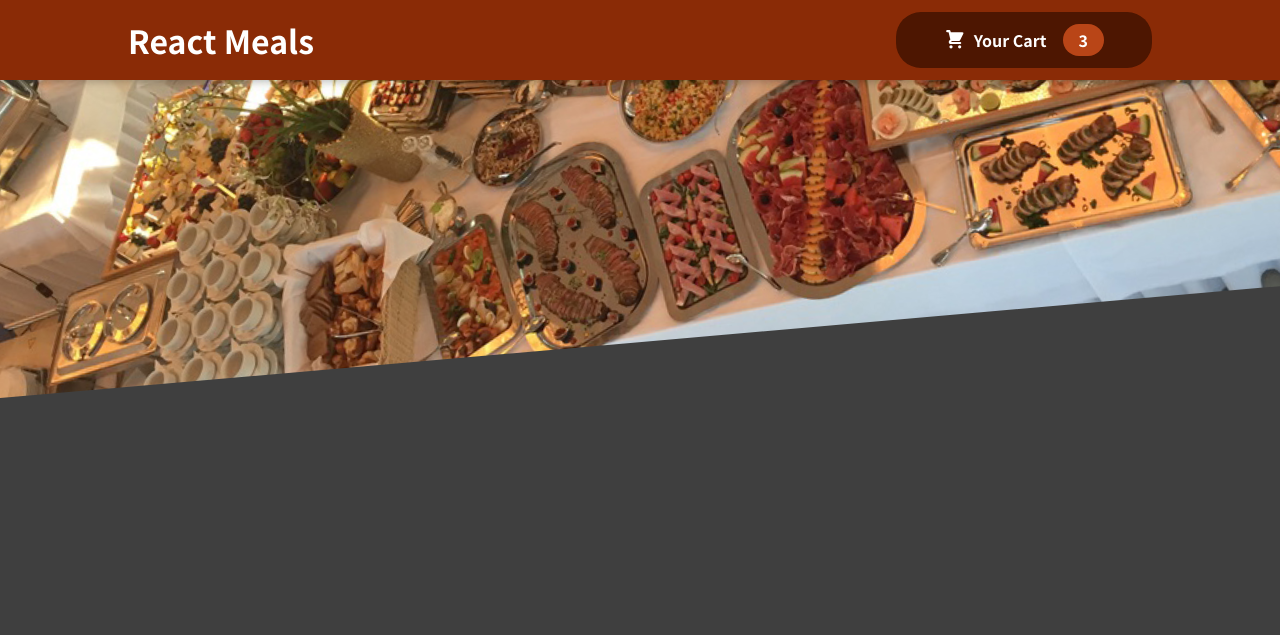
Repository: prathmeshgodbole/React-Food-Delivery-Part-1
Page: /
The author's editor kept a copy of each file at every save. The page is drawn from the files as they stood at one save, then again after a run of saves.
The browser window is 1280 px wide. The pictures show the whole page.
The project was rebuilt for these pictures with package versions that can differ from the ones it lists, and the page was loaded fresh each time.

Above is the page before, as saved 2021-07-13 16:08:24.

### src/App.js
import React,{ Fragment } from "react";
import Header from './components/Layout/Header';
import Meals from "./components/Meals/Meals";

function App() {
    return ( <Fragment>
      <Header/>
      <main>

      </main>
    </Fragment>
    );
}

export default App;

### src/components/Layout/Header.js
import React,{Fragment} from 'react';
import HeaderCartButton from './HeaderCartButton';
import classes from './Header.module.css';
import mealsImage from '../../assets/meals.jpg';

const Header = (props) => {
    return (<Fragment>
    <header className={classes.header}>
    <h1>React Meals</h1>
    <HeaderCartButton/>
    </header>
    <div className={classes['main-image']}>
    <img src={mealsImage} alt='A table full of delicious food..!!'/>
    </div>
</Fragment>
);

};

export default Header;

### src/components/Layout/HeaderCartButton.js
import React from 'react';
import CartIcon from '../Cart/CartIcon';
import classes from './HeaderCartButton.module.css';
const HeaderCartButton = (props) => {
        return (
            <button className={classes.button}>
        <span className={classes.icon}><CartIcon/></span>
            <span clasName={classes}>Your Cart</span>
            <span className={classes.badge}>3</span>
            </button>);
        };
        export default HeaderCartButton;

### src/components/Layout/HeaderCartButton.module.css
.button {
    cursor: pointer;
    font: inherit;
    border: none;
    background-color: #4d1601;
    color: white;
    padding: 0.75rem 3rem;
    display: flex;
    justify-content: space-around;
    align-items: center;
    border-radius: 25px;
    font-weight: bold;
}

.button:hover,
.button:active {
    background-color: #2c0d00;
}

.icon {
    width: 1.35rem;
    height: 1.35rem;
    margin-right: 0.5rem;
}

.badge {
    background-color: #b94517;
    padding: 0.25rem 1rem;
    border-radius: 25px;
    margin-left: 1rem;
    font-weight: bold;
}

.button:hover .badge,
.button:active .badge {
    background-color: #92320c;
}

.bump {
    animation: bump 300ms ease-out;
}

@keyframes bump {
    0% {
        transform: scale(1);
    }
    10% {
        transform: scale(0.9);
    }
    30% {
        transform: scale(1.1);
    }
    50% {
        transform: scale(1.15);
    }
    100% {
        transform: scale(1);
    }
}

### src/components/Meals/AvailableMeals.js
import classes from './AvailableMeals.module.css';

const DUMMY_MEALS = [
  {
    id: "m1",
    name: "Sushi",
    description: "Finest fish and veggies",
    price: 22.99,
  },
  {
    id: "m2",
    name: "Schnitzel",
    description: "A german specialty!",
    price: 16.5,
  },
  {
    id: "m3",
    name: "Barbecue Burger",
    description: "American, raw, meaty",
    price: 12.99,
  },
  {
    id: "m4",
    name: "Green Bowl",
    description: "Healthy...and green...",
    price: 18.99,
  },
];
const AvailableMeals = () => {
  const mealsList = DUMMY_MEALS.map(meal=><li>{meal.name}</li>);
  return (
    <section className={classes.meals}>
      <ul>{mealsList}</ul>
    </section>
  );
};

export default AvailableMeals;

### src/components/Meals/AvailableMeals.module.css
.meals {
    max-width: 60rem;
    width: 90%;
    margin: 2rem auto;
    animation: meals-appear 1s ease-out forwards;
}

.meals ul {
    list-style: none;
    margin: 0;
    padding: 0;
}

@keyframes meals-appear {
    from {
        opacity: 0;
        transform: translateY(3rem);
    }
    to {
        opacity: 1;
        transform: translateY(0);
    }
}

Loaded but not shown: public/index.html (common file); src/index.js (common file); src/index.css (common file); src/components/Layout/Header.module.css (common file); src/components/Cart/CartIcon.js (common file); src/components/Meals/Meals.js (common file); src/components/Meals/MealsSummary.js (common file); src/components/Meals/MealsSummary.module.css (common file)

After the next 3 saves:
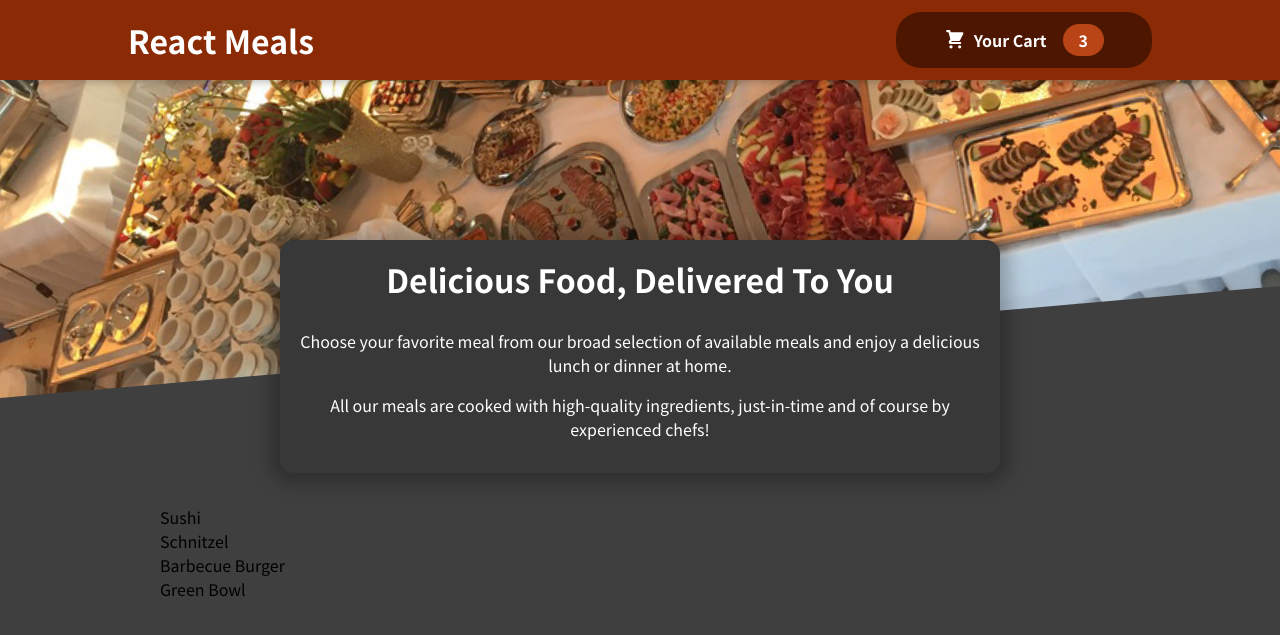
The 3 saves are shown as one change because they came seconds apart.
The last was saved 7 s later.
--- a/src/App.js
+++ b/src/App.js
@@ -6,7 +6,7 @@ function App() {
     return ( <Fragment>
       <Header/>
       <main>
-
+        <Meals/>
       </main>
     </Fragment>
     );
